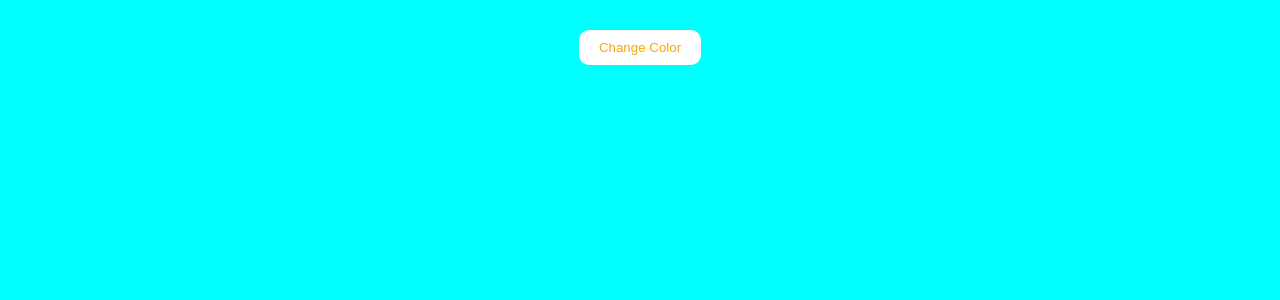
Repository: minhvtQA/randomBackgroundColor
Page: index.html
The author's editor kept a copy of each file at every save. The page is drawn from the files as they stood at one save, then again after the next save.
The browser window is 1280 px wide. The pictures show the whole page.
The first visible `button` is being pressed.

Above is the page before, as saved 2021-11-08 16:27:45.

After the next save:
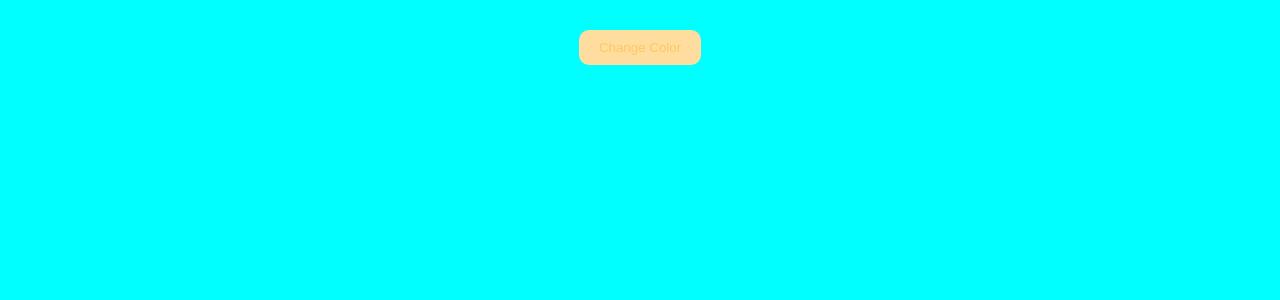
Saved 11 s later.
--- a/styles.css
+++ b/styles.css
@@ -22,5 +22,5 @@
 button:active {
   color: #fda600;
   background-color: white;
-  transition: 0.5s ease-in;
+  transition: 2s ease-in;
 }

After the save that followed:
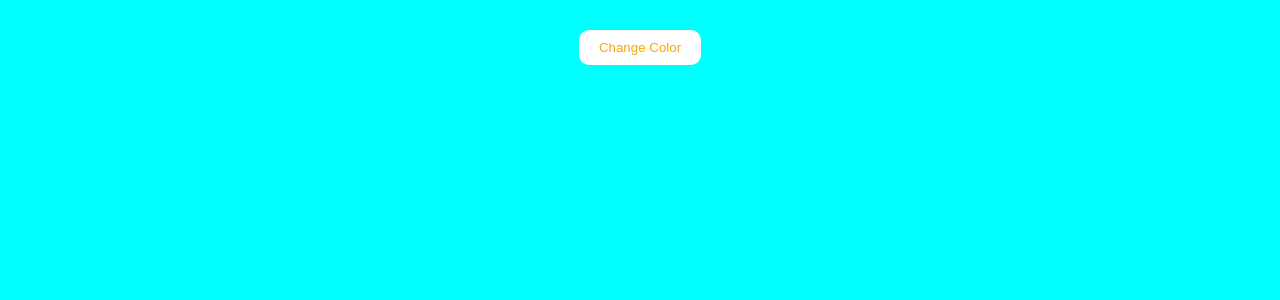
Saved 12 s later.
--- a/styles.css
+++ b/styles.css
@@ -22,5 +22,5 @@
 button:active {
   color: #fda600;
   background-color: white;
-  transition: 2s ease-in;
+  transition: 0.1s ease-in;
 }
